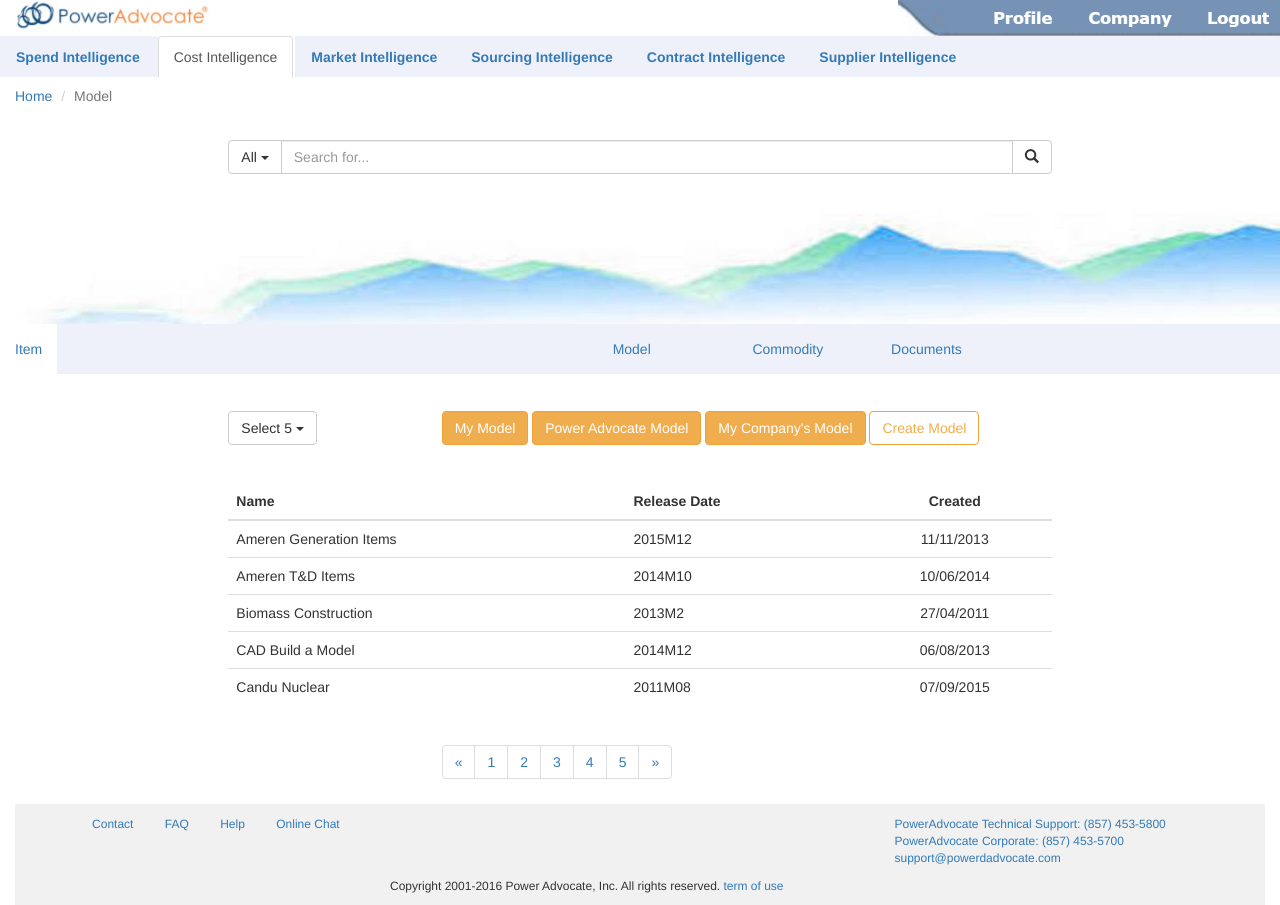
Repository: SamiraMansouri/PowerAdvocate-CostIntelligence-Application-new-Design-using-UserExperience-Method-
Page: http://localhost/PowerAdvocate/WEB-INF/views/Item.jsp
An editor plug-in stored every save of this project. The page is shown before and after the next save, followed by the edit.
The browser window is 1280 px wide. The pictures show the whole page.
The page is served by Tomcat 9. Nobody is signed in. The template is opened directly, without the code that normally fills it, so the values that code supplies are empty.

Above is the page before, as saved 2016-04-25 01:46:25.

After the next save:
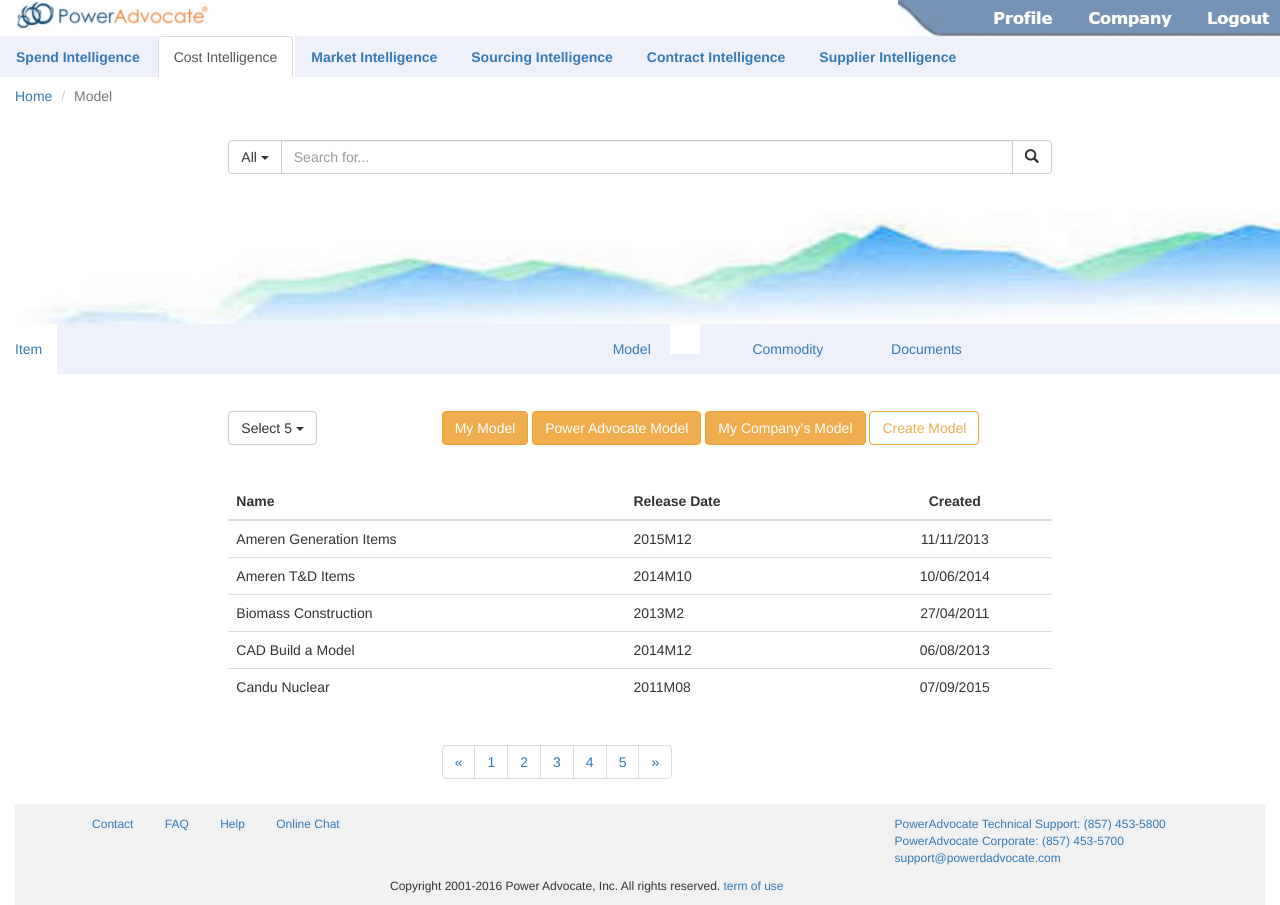
Saved 24 s later.
--- a/PowerAdvocate-Prototype/PowerAdvocate/src/main/webapp/WEB-INF/views/Item.jsp
+++ b/PowerAdvocate-Prototype/PowerAdvocate/src/main/webapp/WEB-INF/views/Item.jsp
@@ -207,7 +207,7 @@
 				<li><a href="#"></a></li>
 				<li><a href="#"></a></li>
 					<li ><a href="#">Model</a></li>
-									<li><a href="#"></a></li>
+									<li class="active"><a href="#"></a></li>
 					<li class="pull-left active"><a href="/prototype/Item">Item</a></li>
 									<li><a href="#"></a></li>
 					<li><a href="/prototype/Commodity">Commodity</a></li>
